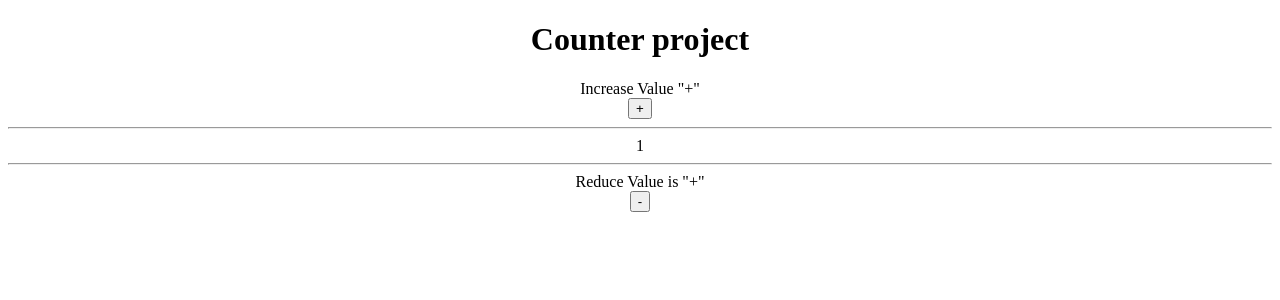
Repository: NiutaR/counter-dom
Page: index.html
An editor plug-in stored every save of this project. The page is shown before and after the next save, followed by the edit.
The browser window is 1280 px wide. The pictures show the whole page.

Above is the page before, as saved 2021-07-20 22:41:12.

After the next save:
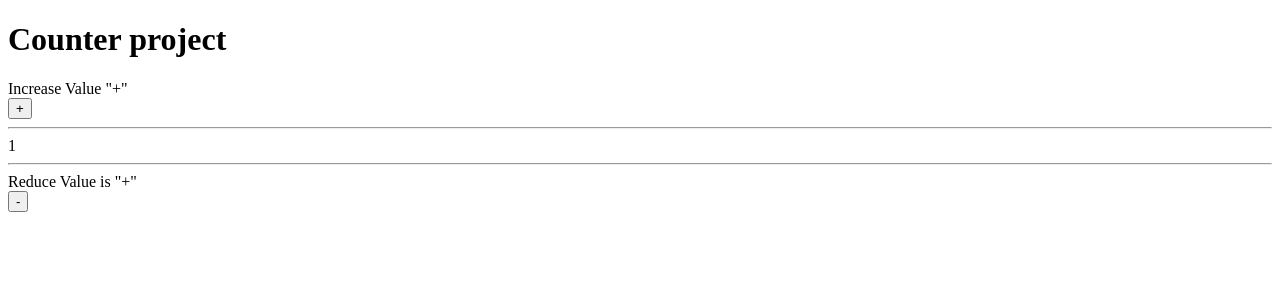
Console error: SyntaxError: Unexpected token '}'
Saved 5 s later.
--- a/index.js
+++ b/index.js
@@ -29,6 +29,6 @@
             number++;
             count.innerHTML = number;
         }
-
+        else if
     }
 }

After the save that followed:
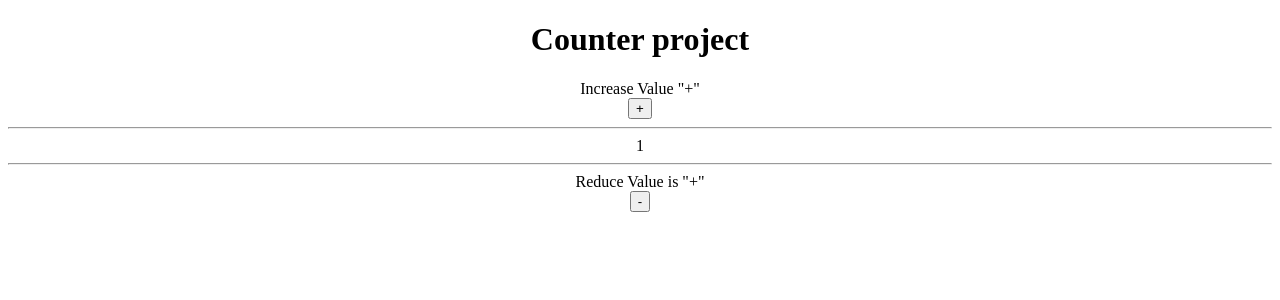
The error is gone.
Saved 9 s later.
--- a/index.js
+++ b/index.js
@@ -29,6 +29,9 @@
             number++;
             count.innerHTML = number;
         }
-        else if
+        else if (number >= 10) {
+            number--;
+            count.innerHTML = number;
+        }
     }
 }
